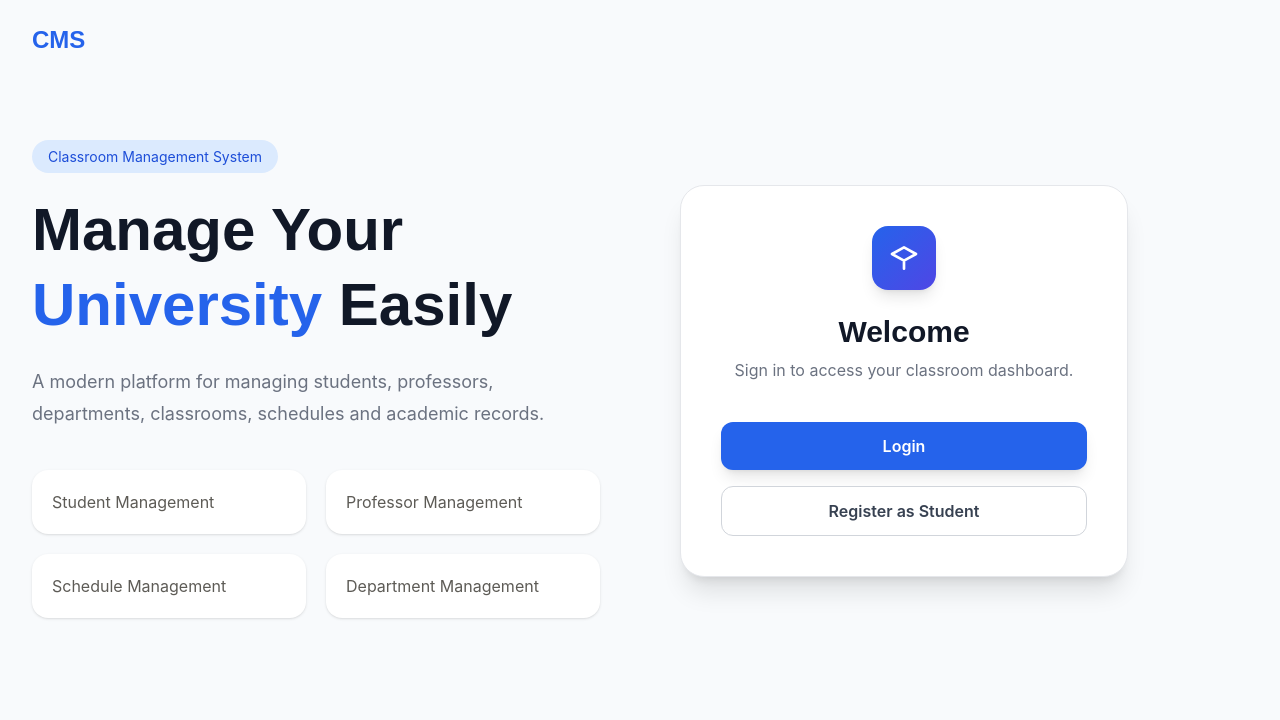
Repository: Chocovcandy/Classroom_Management_System
Page: http://localhost/Login_page
The author's editor kept a copy of each file at every save. The page is drawn from the files as they stood at one save, then again after a run of saves.
The browser window is 1280 px wide. The pictures show the whole page.
Some web libraries are served in a nearby version. The page is served by the project's Laravel application, run on PHP 8.4 with Laravel 12. Other server files are loaded and not shown.

Above is the page before, as saved 2026-08-11 11:17:18.

### routes/web.php
<?php

use App\Http\Controllers\ProfileController;
use App\Http\Controllers\RoleSelectController;
use Illuminate\Support\Facades\Route;
use App\Http\Controllers\Admin\DepartmentController;
use App\Http\Controllers\Admin\UserController;

//public routes
Route::get('/', function () {
    return view('welcome');
})->name('welcome');

Route::get('/Login_page', function () {
    return view('Login_page');
})->name('Login_page');


// Authentication routes (login, register, etc.) are provided by Breeze
Route::middleware(['auth'])->group(function () {

    // Role selection (after login)
    Route::get('/role/select', [RoleSelectController::class, 'show'])
        ->name('role.select');

    Route::post('/role/select', [RoleSelectController::class, 'store'])
        ->name('role.select.store');

    // Profile (any logged-in user)
    Route::controller(ProfileController::class)->group(function () {
        Route::get('/profile', 'edit')->name('profile.edit');
        Route::patch('/profile', 'update')->name('profile.update');
        Route::delete('/profile', 'destroy')->name('profile.destroy');
    });

    // Admin routes
    Route::prefix('admin')
        ->name('admin.')
        ->middleware(['role:Admin'])
        ->group(function () {

            Route::view('/dashboard', 'admin.dashboard')
                ->name('dashboard');

            Route::resource('users', UserController::class);
            Route::resource('departments', DepartmentController::class);
        });

 // Dean rputes
    Route::prefix('dean')
        ->name('dean.')
        ->middleware(['role:Dean'])
        ->group(function () {
            Route::view('/dashboard', 'dean.dashboard')
                ->name('dashboard');
        });

    //HoD routes
    Route::prefix('hod')
        ->name('hod.')
        ->middleware(['role:HoD'])
        ->group(function () {
            Route::view('/dashboard', 'hod.dashboard')
                ->name('dashboard');
        });

    // Professor routes
    Route::prefix('professor')
        ->name('professor.')
        ->middleware(['role:Professor'])
        ->group(function () {
            Route::view('/dashboard', 'professor.dashboard')
                ->name('dashboard');
        });

    // Student routes
    Route::prefix('student')
        ->name('student.')
        ->middleware(['role:Student'])
        ->group(function () {
            Route::view('/dashboard', 'student.dashboard')
                ->name('dashboard');
        });


});

require __DIR__.'/auth.php';

### resources/views/Login_page.blade.php
<!DOCTYPE html>
<html lang="en">

<head>
    <meta charset="UTF-8">
    <meta name="viewport" content="width=device-width, initial-scale=1.0">
    <!--=============== BOXICONS ===============-->
    <link rel="stylesheet" href="https://cdn.jsdelivr.net/npm/boxicons@latest/css/boxicons.min.css">

    <!--=============== CSS ===============-->
    <link rel="stylesheet" href="/assets/css/style.css">

    <title>Classroom Management System</title>

    <!-- Tailwind CDN (quick setup) -->
    <script src="https://cdn.tailwindcss.com"></script>
</head>
<body>
            <div class="min-h-screen bg-slate-50">

                <!-- Navigation -->
                <nav class="max-w-7xl mx-auto flex items-center justify-between py-6 px-8">

                    <h1 class="text-2xl font-bold text-blue-600">
                        CMS
                    </h1>

                </nav>


                <div class="max-w-7xl mx-auto px-8 py-16 grid lg:grid-cols-2 gap-20 items-center">

                    <!-- Left -->

                    <div>

                    <div>

                    </div>

                        <span class="bg-blue-100 text-blue-700 px-4 py-2 rounded-full text-sm">
                            Classroom Management System
                        </span>

                        <h1 class="text-6xl font-extrabold mt-6 leading-tight text-gray-900">
                            Manage Your
                            <span class="text-blue-600">
                                University
                            </span>
                            Easily
                        </h1>

                        <p class="mt-6 text-lg text-gray-500 leading-8">

                            A modern platform for managing students,
                            professors, departments, classrooms,
                            schedules and academic records.

                        </p>

                        <div class="grid grid-cols-2 gap-5 mt-10">

                            <div class="bg-white rounded-2xl p-5 shadow">
                                Student Management
                            </div>

                            <div class="bg-white rounded-2xl p-5 shadow">
                                Professor Management
                            </div>

                            <div class="bg-white rounded-2xl p-5 shadow">
                                Schedule Management
                            </div>

                            <div class="bg-white rounded-2xl p-5 shadow">
                                Department Management
                            </div>

                        </div>

                    </div>


                    <!-- Right -->

                    <div class="w-full max-w-md bg-white rounded-3xl border border-gray-200 shadow-xl p-10">

                        <!-- Header -->
                        <div class="text-center">

                            <div
                                class="mx-auto flex h-16 w-16 items-center justify-center rounded-2xl bg-gradient-to-br from-blue-600 to-indigo-600 shadow-lg">
                                <svg xmlns="http://www.w3.org/2000/svg" class="h-8 w-8 text-white" fill="none"
                                    viewBox="0 0 24 24" stroke="currentColor">

                                    <path stroke-linecap="round" stroke-linejoin="round" stroke-width="2"
                                        d="M12 14l9-5-9-5-9 5 9 5zm0 0v6m0-6L3 9m9 5l9-5" />

                                </svg>
                            </div>

                            <h2 class="mt-6 text-3xl font-bold text-gray-900">
                                Welcome
                            </h2>

                            <p class="mt-2 text-gray-500">
                                Sign in to access your classroom dashboard.
                            </p>

                        </div>

                        @guest

                            <div class="mt-10 space-y-4">

                                <a href="{{ route('login') }}"
                                    class="flex items-center justify-center rounded-xl bg-blue-600 py-3 font-semibold text-white shadow-lg hover:bg-blue-700 hover:shadow-xl transition duration-300">

                                    Login

                                </a>

                                @if (Route::has('register'))

                                    <a href="{{ route('register') }}"
                                        class="flex items-center justify-center rounded-xl border border-gray-300 bg-white py-3 font-semibold text-gray-700 hover:bg-gray-50 transition duration-300">

                                        Register as Student

                                    </a>

                                @endif

                            </div>

                        @endguest


                        @auth

                            @php
                                $role = auth()->user()->roles->first()->role_name ?? 'User';
                            @endphp

                            <div class="mt-8">

                                <!-- User Card -->
                                <div class="rounded-2xl bg-slate-50 border border-slate-200 p-5 text-center">

                                    <div
                                        class="mx-auto flex h-14 w-14 items-center justify-center rounded-full bg-blue-100 text-blue-700 font-bold text-xl">

                                        {{ strtoupper(substr(auth()->user()->name, 0, 1)) }}

                                    </div>

                                    <h3 class="mt-4 text-xl font-semibold text-gray-900">
                                        {{ auth()->user()->name }}
                                    </h3>

                                    <span
                                        class="inline-flex mt-2 rounded-full bg-blue-100 px-3 py-1 text-sm font-medium text-blue-700">

                                        {{ $role }}

                                    </span>

                                </div>

                                <!-- Dashboard Button -->

                                @if ($role === 'Admin')
                                <a href="{{ route('admin.dashboard') }}" @elseif ($role === 'Dean')
                                href="{{ route('dean.dashboard') }}" @elseif ($role === 'HoD')
                                    href="{{ route('hod.dashboard') }}" @elseif ($role === 'Professor')
                                    href="{{ route('professor.dashboard') }}" @elseif ($role === 'Student')
                                    href="{{ route('student.dashboard') }}" @endif
                                    class="mt-6 flex justify-center rounded-xl bg-emerald-600 py-3 font-semibold text-white shadow-lg hover:bg-emerald-700 transition">

                                    Go to Dashboard

                                </a>

                                <form method="POST" action="{{ route('logout') }}" class="mt-4">
                                    @csrf

                                    <button type="submit"
                                        class="w-full rounded-xl border border-red-300 py-3 font-medium text-red-600 hover:bg-red-50 transition">

                                        Logout

                                    </button>

                                </form>

                            </div>

                        @endauth

                    </div>
                </div>



            </div>

    </div>


</body>

</html>

Loaded but not shown: routes/auth.php (common file); app/Http/Controllers/Auth/EmailVerificationPromptController.php (common file); app/Http/Controllers/Controller.php (common file); app/Http/Controllers/Auth/VerifyEmailController.php (common file); resources/views/components/icons/form.blade.php (142 lines, source omitted); public/assets/css/style.css (946 lines, source omitted)

After the next 5 saves:
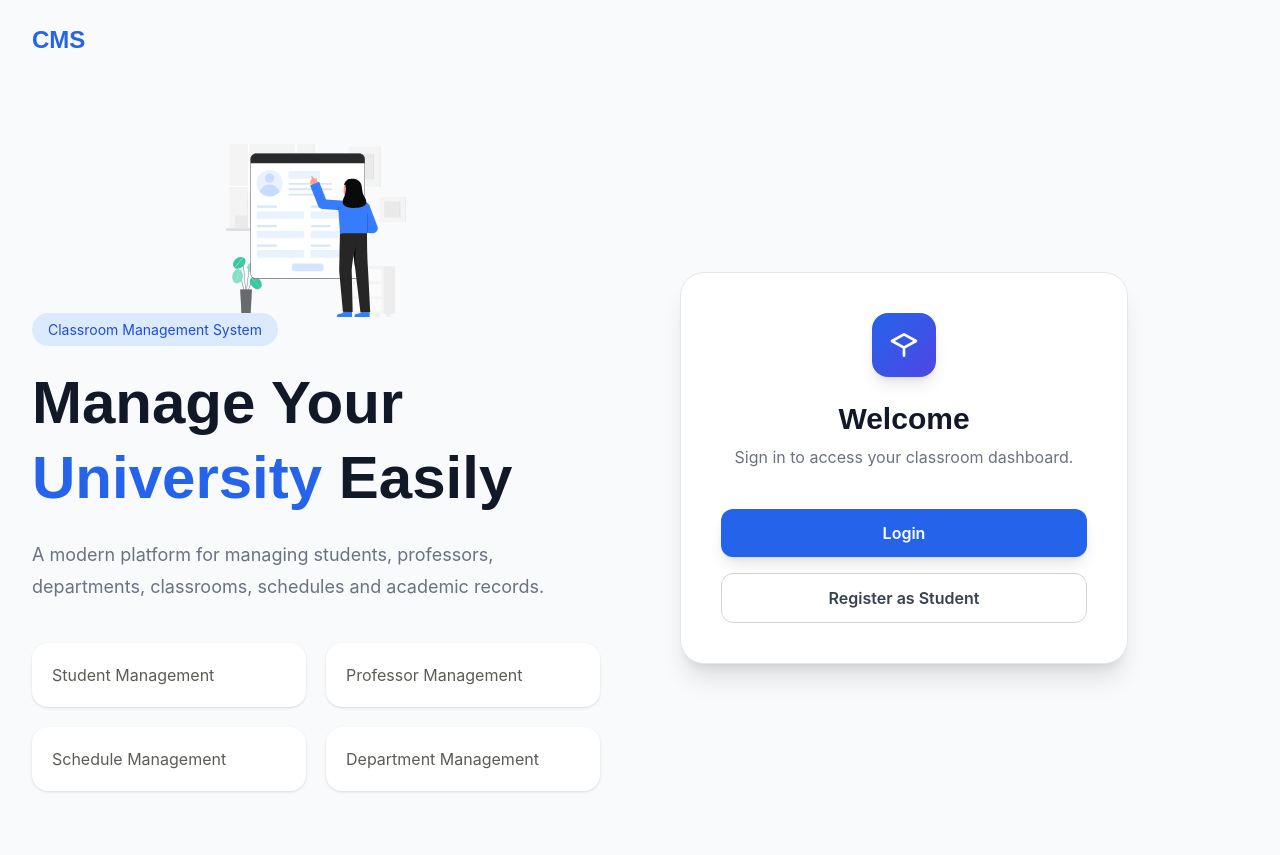
The 5 saves are shown as one change because they came seconds apart.
The last was saved 2 min 5 s later.
--- a/resources/views/Login_page.blade.php
+++ b/resources/views/Login_page.blade.php
@@ -34,9 +34,9 @@
 
                     <div>
 
-                    <div>
-
-                    </div>
+                        <div class="img_svg8">
+                            <x-icons.form />
+                        </div>
 
                         <span class="bg-blue-100 text-blue-700 px-4 py-2 rounded-full text-sm">
                             Classroom Management System

After the 2 saves that followed:
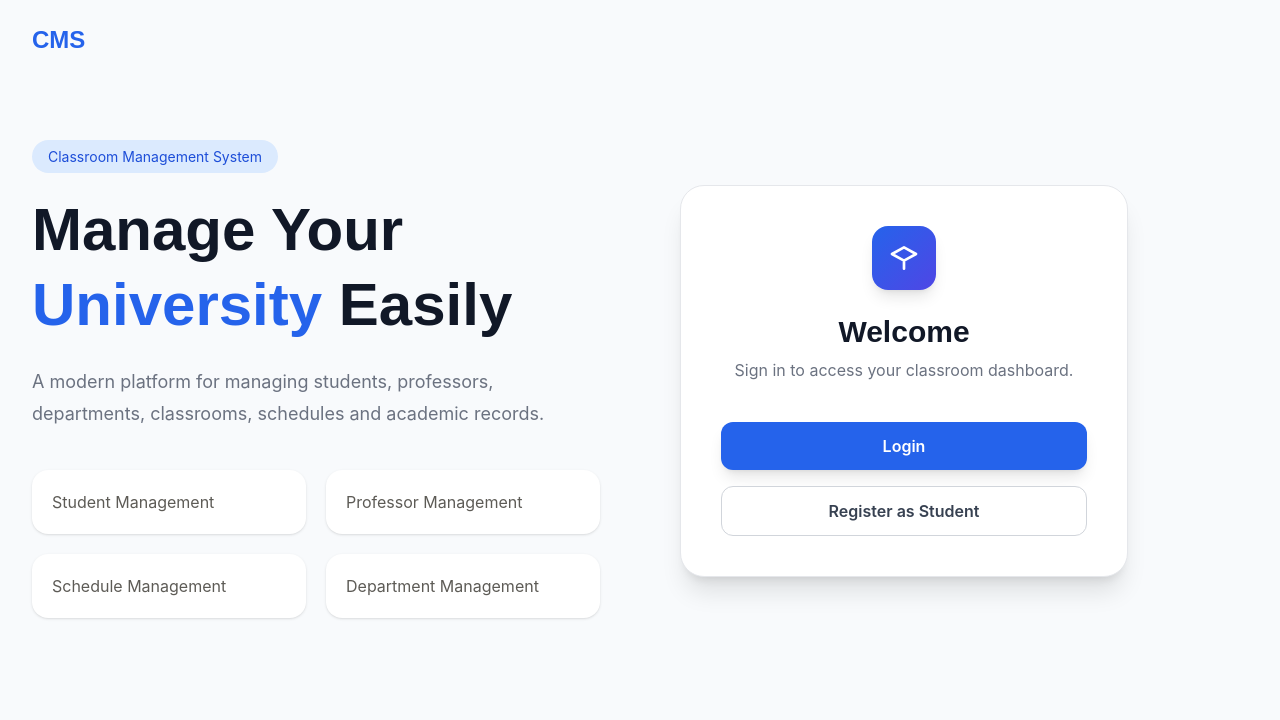
The 2 saves are shown as one change because they came seconds apart.
The last was saved 11 s later.
--- a/resources/views/Login_page.blade.php
+++ b/resources/views/Login_page.blade.php
@@ -34,9 +34,6 @@
 
                     <div>
 
-                        <div class="img_svg8">
-                            <x-icons.form />
-                        </div>
 
                         <span class="bg-blue-100 text-blue-700 px-4 py-2 rounded-full text-sm">
                             Classroom Management System
